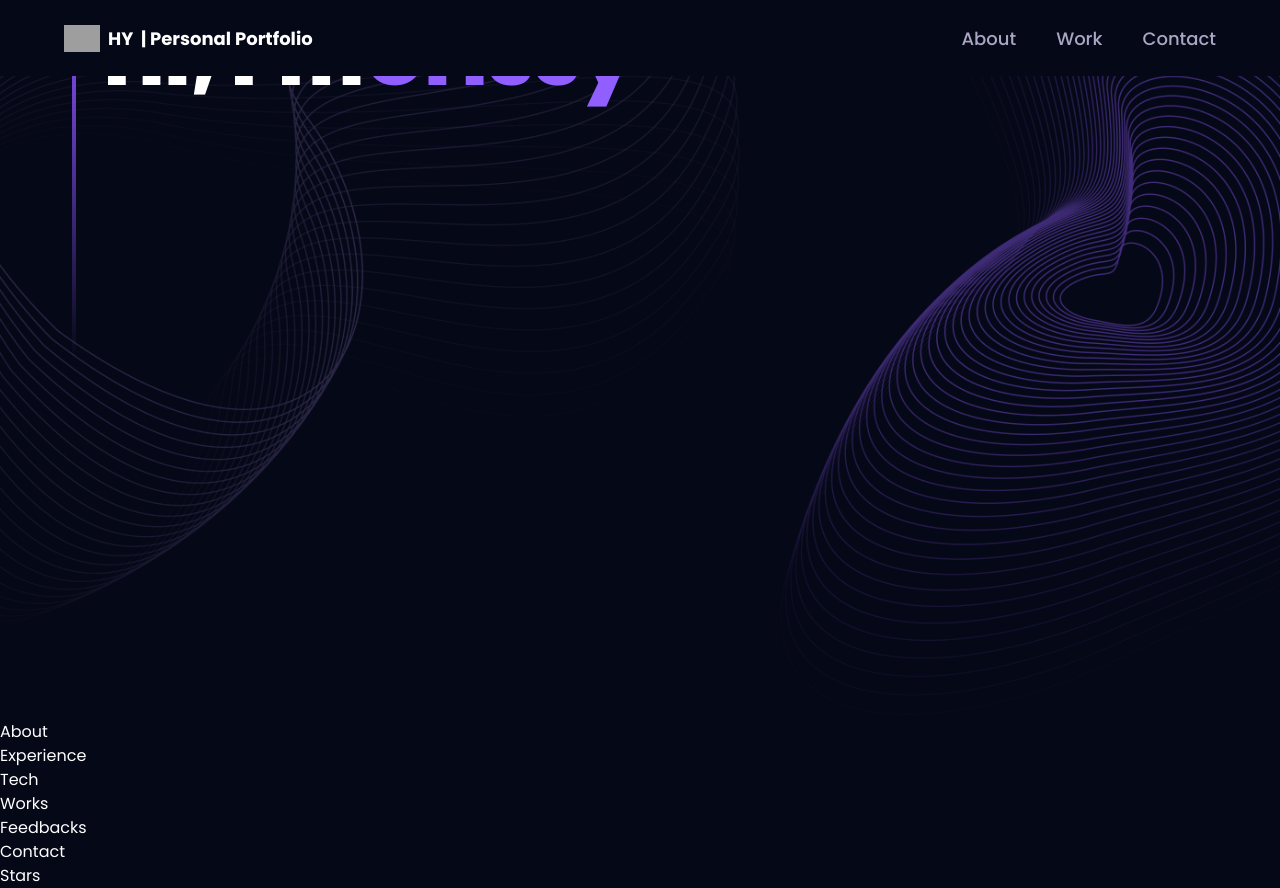
Repository: huiyyee/3d_portfolio
Page: /
An editor plug-in stored every save of this project. The page is shown before and after the next save, followed by the edit.
The browser window is 1280 px wide. The pictures show the whole page.
Pictures or frames that could not be fetched are drawn as grey boxes. The project was rebuilt for these pictures with package versions that can differ from the ones it lists, and the page was loaded fresh each time. Also part of the build but not shown: vite.config.js, src/components/canvas/Earth.jsx, src/components/canvas/Ball.jsx, src/components/canvas/Computers.jsx.

Above is the page before, as saved 2024-10-10 23:18:09.

After the next save:
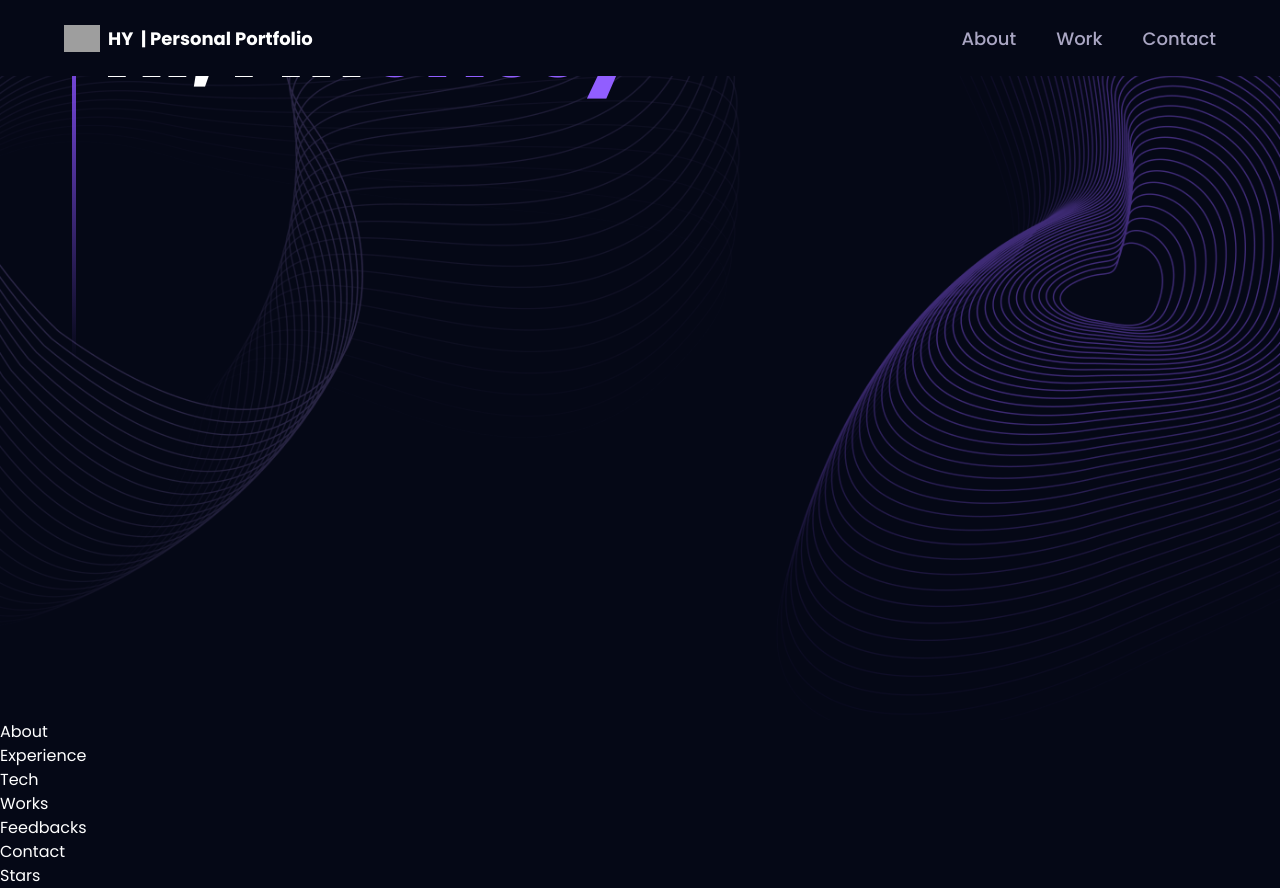
Saved 6 s later.
--- a/src/components/Hero.jsx
+++ b/src/components/Hero.jsx
@@ -13,7 +13,7 @@ const Hero = () => {
           <div className='w-1 sm:h-80 h-40 violet-gradient'/>
         </div>
       <div>
-        <h1 className={`${styles.heroHeadText}`}>Hi, I'm<span className='text-[#915eff]'>Crissy
+        <h1 className={`${styles.heroHeadText}text-white`}>Hi, I'm<span className='text-[#915eff]'>Crissy
           </span></h1>
       </div>
       </div>
